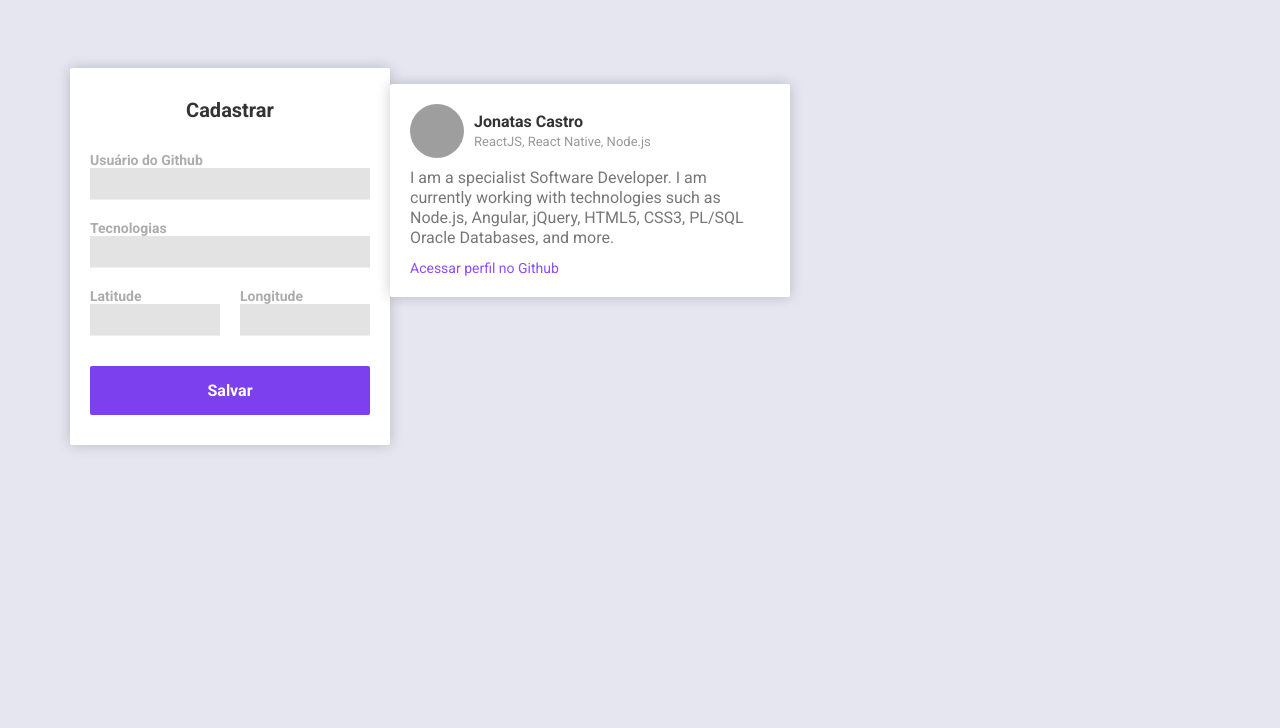
Repository: Jonatas-Castro/react_frontend
Page: /
These files come from the project's save history. The page is drawn as it stood at one moment and after the next save; the edit follows.
The browser window is 1280 px wide. The pictures show the whole page.
Pictures or frames that could not be fetched are drawn as grey boxes. The project was rebuilt for these pictures with package versions that can differ from the ones it lists, and the page was loaded fresh each time.

Above is the page before, as saved 2020-01-16 16:01:53.

### src/App.js
import React from 'react';
import './global.css';
import './App.css';
import './Sidebar.css';
import './Main.css';

// Componente: Bloco isolado de HTML, CSS OU JS, o quel não interfere no restante da aplicação.
// Propriedade: Informações que um componente PAI passa para um componente FILHO
// estado: Informações mantidas pelo componente (Lembrar : Imutabilidade)


function App() {

  return (
    <div id="app">
      <aside>
        <strong>Cadastrar</strong>
        <form action="">

          <div class="input-block">
            <label htmlFor="github_username">Usuário do Github</label>
            <input type="text" name="github_username" id="github_username" required />
          </div>

          <div class="input-block">
            <label htmlFor="techs">Tecnologias</label>
            <input type="text" name="techs" id="techs" required />
          </div>

          <div className="input-group">
            <div class="input-block">
              <label htmlFor="latitude">Latitude</label>
              <input type="text" name="latitude" id="latitude" required />
            </div>
            <div class="input-block">
            <label htmlFor="longitude">Longitude</label>
            <input type="text" name="longitude" id="longitude" required />
          </div>
          </div>
          <button type="submit">Salvar</button>
        </form>
      </aside>

      <main>
        <ul>
          <li className="dev-item">
            <header>
              <img src="https://avatars0.githubusercontent.com/u/55396593?s=460&v=4" alt="Jonatas-Castro"/>
              <div className="user-info">
                <strong>Jonatas Castro</strong>
                <span>ReactJS, React Native, Node.js</span>
              </div>
            </header>
            <p>
            I am a specialist Software Developer. I am currently working with technologies such as Node.js, Angular, jQuery, HTML5, CSS3, PL/SQL Oracle Databases, and more.
            </p>
            <a href="https://github.com/Jonatas-Castro">Acessar perfil no Github</a>
          </li>
        </ul>
      </main>
    </div>
   );
}

export default App;

### src/global.css
@import url('https://fonts.googleapis.com/css?family=Roboto:400,700&display=swap');
*{
    border:0;
    padding: 0;
    outline: 0;
    box-sizing: border-box;
}
html,body,#root{
    height: 100%;
}
body{
    background: #e5e6f0;
    -webkit-font-smoothing: antialiased;
}

body, input, button{
    font-family: roboto, sans-serif;
}

### src/App.css
#app{
    max-width: 1200px;
    margin: 0 auto;
    padding:60px 30px;
    display: flex;
    flex-direction: row;
    align-items: flex-start;
}

### src/Sidebar.css
aside{
    width: 320px;
    background: #fff;
    box-shadow:0 0 14px 0 rgba(0, 0, 0, 0.2);
    border-radius: 2px;
    padding: 30px 20px;
}
aside strong{
    font-size: 20px;
    text-align: center;
    display: block;
    color: #333;
}
aside form{
    margin-top: 30px;

}
aside form .input-block +.input-block{
    margin-top: 20px;
}

aside form .input-group{
    margin-top: 20px;
    display: grid;
    gap: 20px;
    grid-template-columns: 1fr 1fr;
}

aside form .input-group .input-block{
    margin-top: 0px;
}

aside form .input-block label{
    color:#acacac;
    font-size: 14px;
    font-weight: bold;
    display: block;
}
aside form .input-block input{
    width: 100px;
    height: 32px;
    font-size: 14px;
    color: #777;
    border: 0;
    border-bottom: 1px solid #eee;
    background: #e3e3e3;
    width: 100%;
}
aside form button[type=submit]{
    width: 100%;
    border:0;
    margin-top: 30px;
    background: #7d40ef;
    border-radius: 2px;
    padding: 15px 20px;
    font-size: 16px;
    font-weight: bold;
    color: #fff;
    cursor: pointer;
    transition: background 0.5s;

}
aside form button[type=submit]:hover{
    background: #6931ca;
}

### src/Main.css
main{
    flex: 1;

}
main ul{
    display: grid;
    grid-template-columns: repeat(2, 1fr);
    gap: 20px;
    list-style: none;
}

li.dev-item{
    background: #fff;
    box-shadow:0 0 14px 0 rgba(0, 0, 0, 0.2);
    border-radius: 2px;
    padding: 20px;
}
li.dev-item header{
    display: flex;
    flex-direction: row;
    align-items: center;

}

li.dev-item header img{
    width: 54px;
    height: 54px;
    border-radius: 50%;
}

li.dev-item header .user-info{

    margin-left: 10px;
}
.user-info strong{
    display: block;
    font-size: 16px;
    color: #333;

}
.user-info span{
    font-size: 13px;
    color: #999;
    margin-top: 2px;
}

li.dev-item p{
    color: #777;
    font-size: 14p;
    line-height: 20px;
    margin: 10px 0;
}

li.dev-item a{
    color: #8e4dff;
    font-size: 14px;
    text-decoration: none;
}

li.dev-item a:hover{
    color: #5a2ca6;
}

Loaded but not shown: public/index.html (common file); src/index.js (common file)

After the next save:
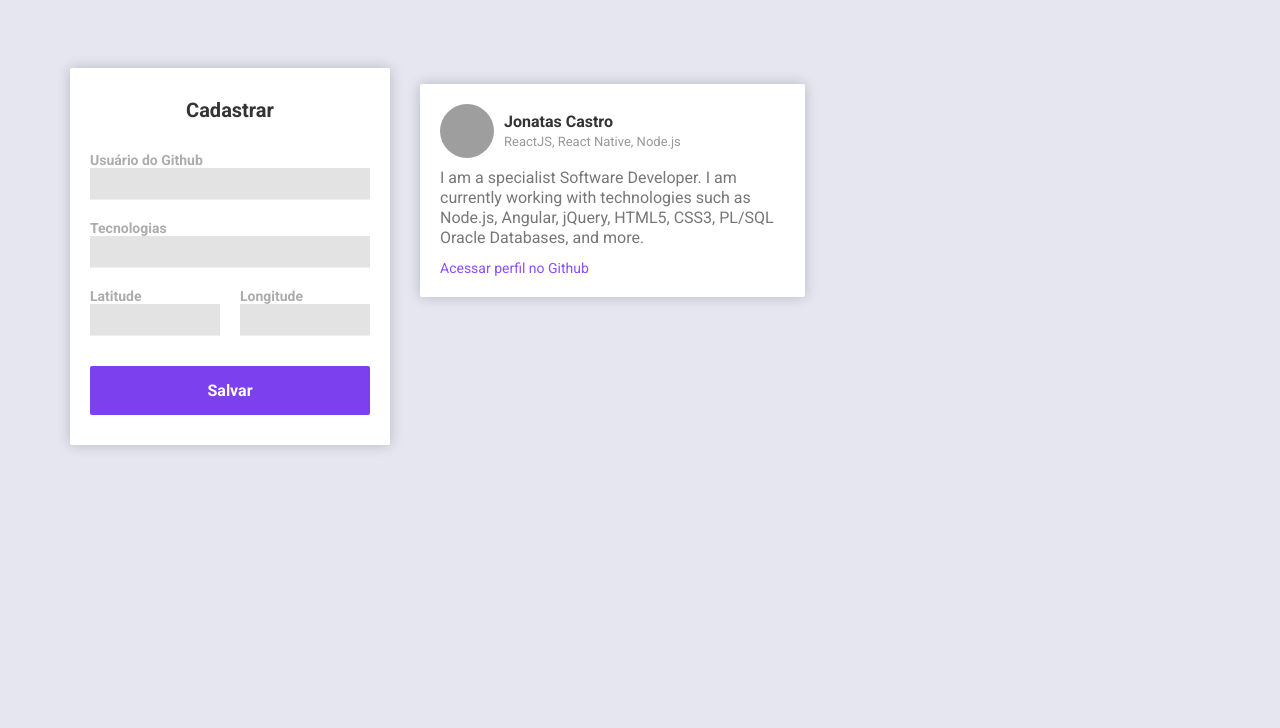
Saved 54 s later.
--- a/src/App.css
+++ b/src/App.css
@@ -6,3 +6,6 @@
     flex-direction: row;
     align-items: flex-start;
 }
+main{
+    margin-left: 30px;
+}
